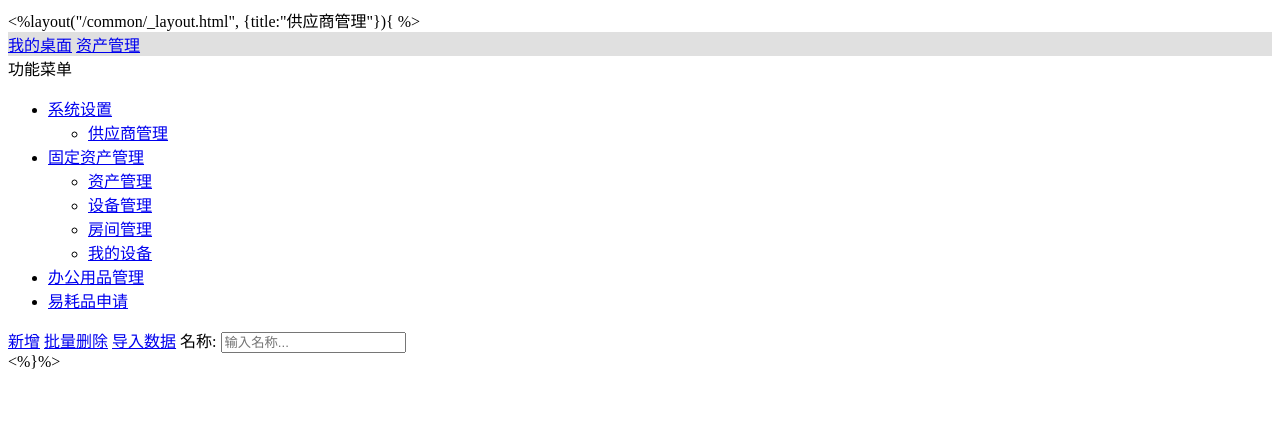
Repository: GaoChengliang/summerTask
Page: Campus_gcl/WebRoot/asset_management/supplier/supplier.html
These files come from the project's save history. The page is drawn as it stood at one moment and after the next save; the edit follows.
The browser window is 1280 px wide. The pictures show the whole page.

Above is the page before, as saved 2015-08-14 12:49:29.
Console error: ReferenceError: jQuery is not defined

### Campus_gcl/WebRoot/asset_management/supplier/supplier.html
<%layout("/common/_layout.html", {title:"供应商管理"}){ %>
<nav class="navbar navbar-default sub-header">
      <div class="container-fluid" style="background:#E0E0E0;">
        <div class="navbar-header">
          <a class="btn" href="/index">我的桌面</a>
          <a class="btn btn-info" href="#">资产管理</a>
        </div>
      </div>
    </nav>
<div class="container-fluid">
	<div class="row">
        <div id="sidebar" class="col-md-2 sidebar-2">
      	  <div class="nav nac-sidebar font-style-background-blue">
      	  	  功能菜单
      	  </div>

      	  <div class="mtree-demo">
      	  <ul class="mtree bubba">
			  <li class="mtree-node">
			  	<a href="#" >系统设置</a>
			    <ul class="mtree-level-1">
			      <li><a href="/asset/supplier">供应商管理</a></li>
			    </ul>
			  </li>

			   <li class="mtree-node">
			  	<a href="#" >固定资产管理</a>
			    <ul class="mtree-level-1">
			      <li><a href="#">资产管理</a></li>
			      <li><a href="#">设备管理</a></li>
			      <li><a href="#">房间管理</a></li>
			      <li><a href="#">我的设备</a></li>
			    </ul>
			  </li>
			  <li><a href="#">办公用品管理</a></li>
			  <li><a href="#">易耗品申请</a></li>
			</ul></div>


        </div>
        <div class="col-md-10 col-md-offset-2">
        	<div class="main">
        		<div class="masthead">
					<a class="btn btn-default" href="#">新增</a>
					<a class="btn btn-default" href="#">批量删除</a>
					<a class="btn btn-default" href="#">导入数据</a>
					<label>名称:</label>
					<input placeholder="输入名称..." type="text"/>
				</div>
			</div>
		</div>
        </div>
     </div>
     <script src="/js/sider/sider.js"></script>
<%}%>

### Campus_gcl/WebRoot/js/sider/sider.js
(function ($, window, document, undefined) {
	    if ($('ul.mtree').length) {
	        var collapsed = true;
	        var close_same_level = false;
	        var duration = 400;
	        var listAnim = true;
	        var easing = 'easeOutQuart';
	        $('.mtree ul').css({
	            'overflow': 'hidden',
	            'height': collapsed ? 0 : 'auto',
	            'display': collapsed ? 'none' : 'block'
	        });
	        var node = $('.mtree li:has(ul)');
	        node.each(function (index, val) {
	            $(this).children(':first-child').css('cursor', 'pointer');
	            $(this).addClass('mtree-node mtree-' + (collapsed ? 'closed' : 'open'));
	            $(this).children('ul').addClass('mtree-level-' + ($(this).parentsUntil($('ul.mtree'), 'ul').length + 1));
	        });
	        $('.mtree li > *:first-child').on('click.mtree-active', function (e) {
	            if ($(this).parent().hasClass('mtree-closed')) {
	                $('.mtree-active').not($(this).parent()).removeClass('mtree-active');
	                $(this).parent().addClass('mtree-active');
	            } else if ($(this).parent().hasClass('mtree-open')) {
	                $(this).parent().removeClass('mtree-active');
	            } else {
	                $('.mtree-active').not($(this).parent()).removeClass('mtree-active');
	                $(this).parent().toggleClass('mtree-active');
	            }
	        });
	        node.children(':first-child').on('click.mtree', function (e) {
	            var el = $(this).parent().children('ul').first();
	            var isOpen = $(this).parent().hasClass('mtree-open');
	            if ((close_same_level || $('.csl').hasClass('active')) && !isOpen) {
	                var close_items = $(this).closest('ul').children('.mtree-open').not($(this).parent()).children('ul');
	                if ($.Velocity) {
	                    close_items.velocity({ height: 0 }, {
	                        duration: duration,
	                        easing: easing,
	                        display: 'none',
	                        delay: 100,
	                        complete: function () {
	                            setNodeClass($(this).parent(), true);
	                        }
	                    });
	                } else {
	                    close_items.delay(100).slideToggle(duration, function () {
	                        setNodeClass($(this).parent(), true);
	                    });
	                }
	            }
	            el.css({ 'height': 'auto' });
	            if (!isOpen && $.Velocity && listAnim)
	                el.find(' > li, li.mtree-open > ul > li').css({ 'opacity': 0 }).velocity('stop').velocity('list');
	            if ($.Velocity) {
	                el.velocity('stop').velocity({
	                    height: isOpen ? [
	                        0,
	                        el.outerHeight()
	                    ] : [
	                        el.outerHeight(),
	                        0
	                    ]
	                }, {
	                    queue: false,
	                    duration: duration,
	                    easing: easing,
	                    display: isOpen ? 'none' : 'block',
	                    begin: setNodeClass($(this).parent(), isOpen),
	                    complete: function () {
	                        if (!isOpen)
	                            $(this).css('height', 'auto');
	                    }
	                });
	            } else {
	                setNodeClass($(this).parent(), isOpen);
	                el.slideToggle(duration);
	            }
	            e.preventDefault();
	        });
	        function setNodeClass(el, isOpen) {
	            if (isOpen) {
	                el.removeClass('mtree-open').addClass('mtree-closed');
	            } else {
	                el.removeClass('mtree-closed').addClass('mtree-open');
	            }
	        }
	        if ($.Velocity && listAnim) {
	            $.Velocity.Sequences.list = function (element, options, index, size) {
	                $.Velocity.animate(element, {
	                    opacity: [
	                        1,
	                        0
	                    ],
	                    translateY: [
	                        0,
	                        -(index + 1)
	                    ]
	                }, {
	                    delay: index * (duration / size / 2),
	                    duration: duration,
	                    easing: easing
	                });
	            };
	        }
	        if ($('.mtree').css('opacity') == 0) {
	            if ($.Velocity) {
	                $('.mtree').css('opacity', 1).children().css('opacity', 0).velocity('list');
	            } else {
	                $('.mtree').show(200);
	            }
	        }
	    }
	}(jQuery, this, this.document));

After the next save:
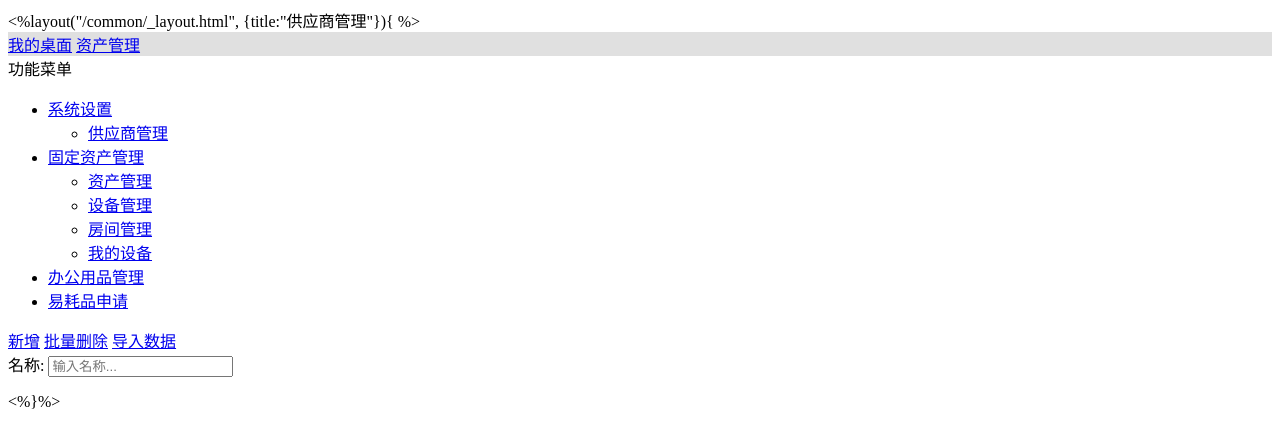
Saved 29 s later.
--- a/Campus_gcl/WebRoot/asset_management/supplier/supplier.html
+++ b/Campus_gcl/WebRoot/asset_management/supplier/supplier.html
@@ -44,8 +44,10 @@
 					<a class="btn btn-default" href="#">新增</a>
 					<a class="btn btn-default" href="#">批量删除</a>
 					<a class="btn btn-default" href="#">导入数据</a>
+					<form>
 					<label>名称:</label>
 					<input placeholder="输入名称..." type="text"/>
+					</form>
 				</div>
 			</div>
 		</div>
